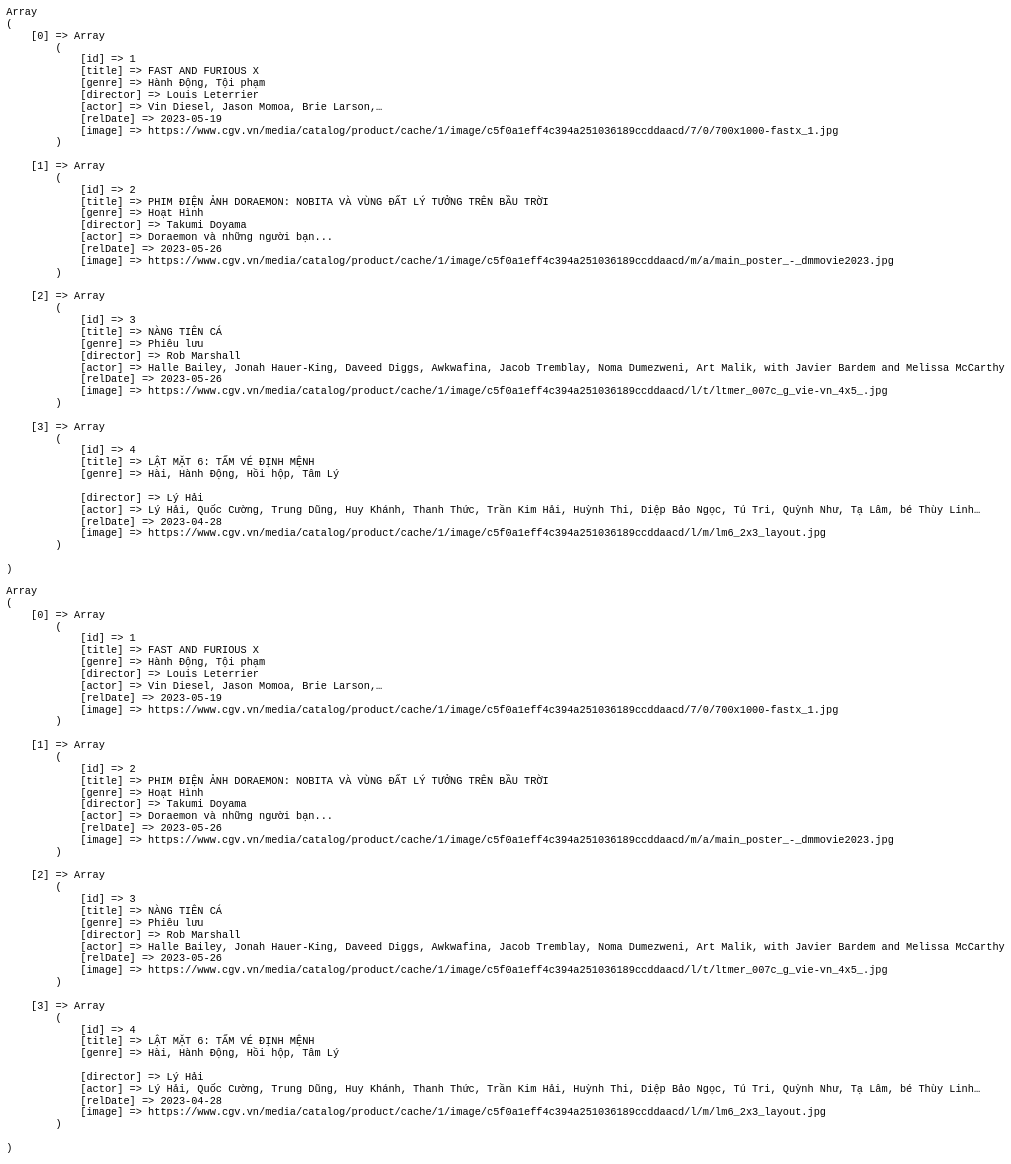
Repository: tdthinhtran961/DoAnCineMax
Page: http://localhost/model/text.php
An editor plug-in stored every save of this project. The page is shown before and after the next save, followed by the edit.
The browser window is 1280 px wide. The pictures show the whole page, at 79% of full size.
The page is run by PHP 8.4 with error messages shown; the project is at /var/www/html/. The database holds what the project's SQL file puts in it.

Above is the page before, as saved 2023-05-27 22:33:15.

### model/text.php
<?php
require_once "./selectMoviesDb.php";
echo "<pre>";
print_r($dataAll);
// echo json_encode($dataAll); //api
echo"</pre>";
?>

### model/selectMoviesDb.php
<?php
    require_once "./connectDB.php";
    $sql = "SELECT * FROM movies";

    try {
        $statement = $conn -> prepare($sql);
        $statement -> execute();
        $dataAll = $statement -> fetchALL(PDO::FETCH_ASSOC);

        echo "<pre>";
        print_r($dataAll);
        // echo json_encode($dataAll); //api
        echo"</pre>";
    } catch (Exception $exp) {
        echo $exp -> getMessage()."<br>";
        echo "File: ". $exp -> getFile()."<br>";
        echo "Line: ". $exp -> getLine();
    }

?>

### model/connectDB.php
<?php
    const _HOST = "localhost";
    const _DB = "cine_max_db";
    const _USER = "root";
    const _PASS = "";
    try {
        if (class_exists("PDO")) {
            $dsn = "mysql:dbname="._DB.";host="._HOST;
            $options = [
                PDO::MYSQL_ATTR_INIT_COMMAND => "SET NAMES utf8mb4",
                PDO::ATTR_ERRMODE => PDO::ERRMODE_EXCEPTION
            ];
            $conn = new PDO($dsn,_USER,_PASS,$options);

            if ($conn) {
                // echo 'kết nối thành công';
            }

        }
    } catch (Exception $exception) {
        echo '<div style="color:red; padding: 5px 15px; border: 1px solid red;">';
        echo $exception -> getMessage()."<br>";
        echo '</div';
        die();
    }
?>

### model/cine_max_db.sql (the tables this page reads)
CREATE TABLE `movies` (
  `id` int(11) NOT NULL,
  `title` varchar(100) NOT NULL,
  `genre` varchar(100) NOT NULL,
  `director` varchar(50) NOT NULL,
  `actor` varchar(150) NOT NULL,
  `relDate` date NOT NULL,
  `image` varchar(255) NOT NULL
) ENGINE=InnoDB DEFAULT CHARSET=utf8mb4 COLLATE=utf8mb4_general_ci;

INSERT INTO `movies` (`id`, `title`, `genre`, `director`, `actor`, `relDate`, `image`) VALUES
(1, 'FAST AND FURIOUS X', 'Hành Động, Tội phạm', 'Louis Leterrier', 'Vin Diesel, Jason Momoa, Brie Larson,…', '2023-05-19', 'https://www.cgv.vn/media/catalog/product/cache/1/image/c5f0a1eff4c394a251036189ccddaacd/7/0/700x1000-fastx_1.jpg'),
(2, 'PHIM ĐIỆN ẢNH DORAEMON: NOBITA VÀ VÙNG ĐẤT LÝ TƯỞNG TRÊN BẦU TRỜI', 'Hoạt Hình', 'Takumi Doyama', 'Doraemon và những người bạn...', '2023-05-26', 'https://www.cgv.vn/media/catalog/product/cache/1/image/c5f0a1eff4c394a251036189ccddaacd/m/a/main_poster_-_dmmovie2023.jpg'),
(3, 'NÀNG TIÊN CÁ', 'Phiêu lưu', 'Rob Marshall', 'Halle Bailey, Jonah Hauer-King, Daveed Diggs, Awkwafina, Jacob Tremblay, Noma Dumezweni, Art Malik, with Javier Bardem and Melissa McCarthy', '2023-05-26', 'https://www.cgv.vn/media/catalog/product/cache/1/image/c5f0a1eff4c394a251036189ccddaacd/l/t/ltmer_007c_g_vie-vn_4x5_.jpg'),
(4, 'LẬT MẶT 6: TẤM VÉ ĐỊNH MỆNH', 'Hài, Hành Động, Hồi hộp, Tâm Lý\r\n', 'Lý Hải', 'Lý Hải, Quốc Cường, Trung Dũng, Huy Khánh, Thanh Thức, Trần Kim Hải, Huỳnh Thi, Diệp Bảo Ngọc, Tú Tri, Quỳnh Như, Tạ Lâm, bé Thùy Linh…', '2023-04-28', 'https://www.cgv.vn/media/catalog/product/cache/1/image/c5f0a1eff4c394a251036189ccddaacd/l/m/lm6_2x3_layout.jpg');

ALTER TABLE `movies`
  ADD PRIMARY KEY (`id`);

ALTER TABLE `movies`
  MODIFY `id` int(11) NOT NULL AUTO_INCREMENT, AUTO_INCREMENT=5;

After the next save:
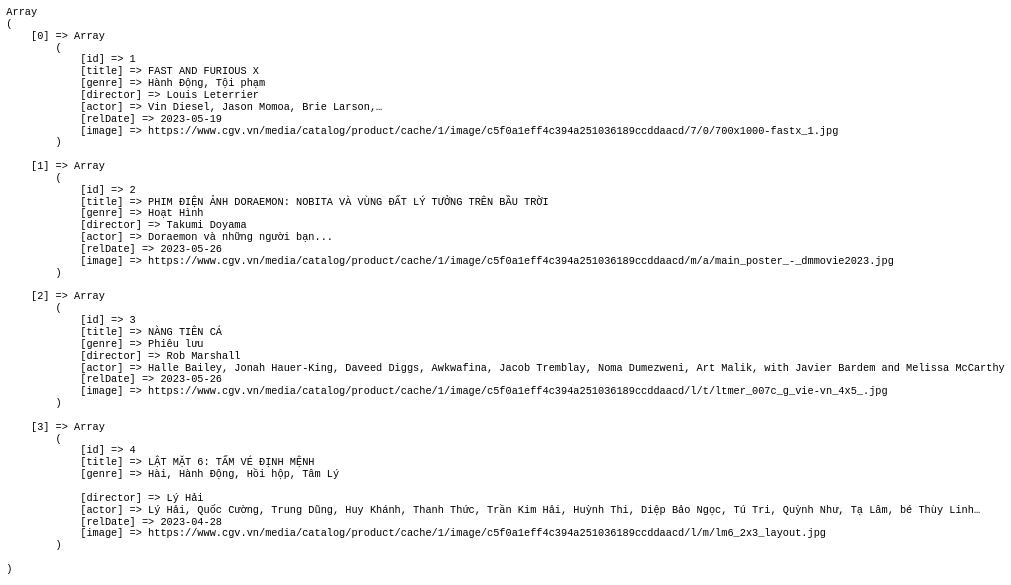
Saved 50 s later.
--- a/model/selectMoviesDb.php
+++ b/model/selectMoviesDb.php
@@ -7,10 +7,10 @@
         $statement -> execute();
         $dataAll = $statement -> fetchALL(PDO::FETCH_ASSOC);
 
-        echo "<pre>";
-        print_r($dataAll);
-        // echo json_encode($dataAll); //api
-        echo"</pre>";
+        // echo "<pre>";
+        // print_r($dataAll);
+        // // echo json_encode($dataAll); //api
+        // echo"</pre>";
     } catch (Exception $exp) {
         echo $exp -> getMessage()."<br>";
         echo "File: ". $exp -> getFile()."<br>";
